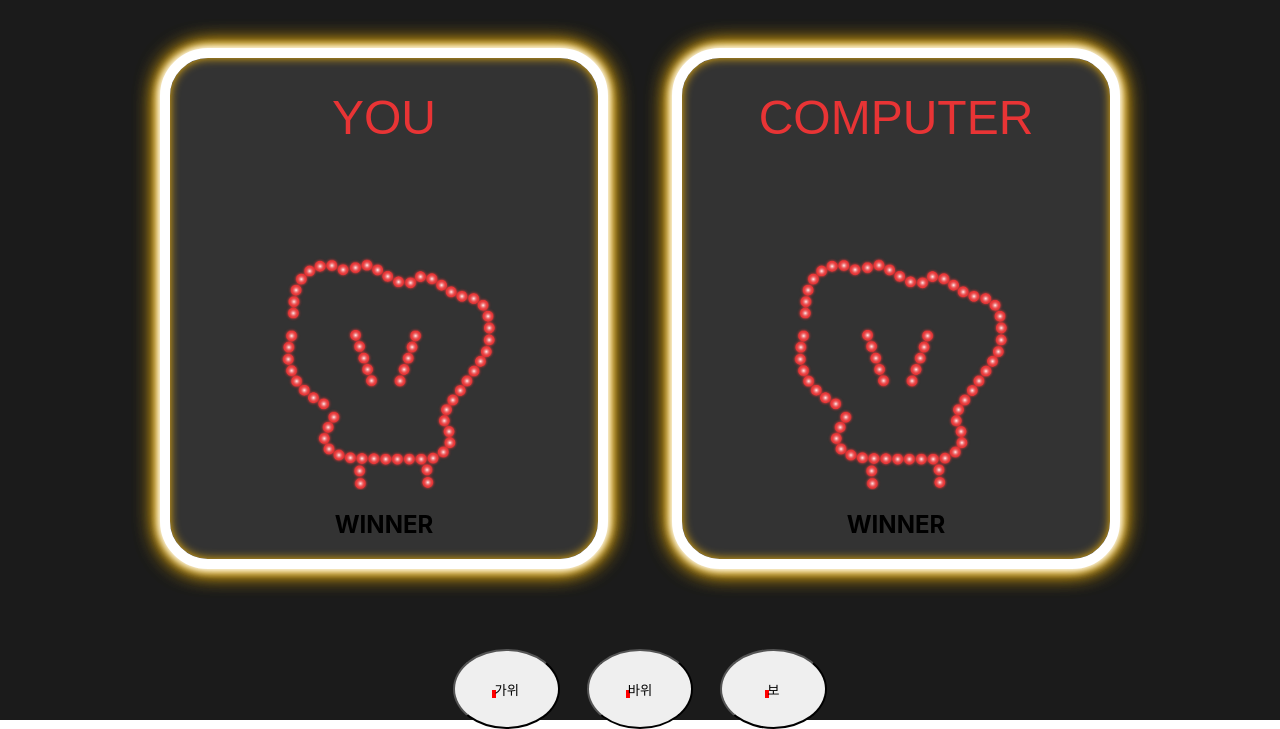
Repository: KIMMIHYE12/classComponent
Page: /
These files come from the project's save history. The page is drawn as it stood at one moment and after the next save; the edit follows.
The browser window is 1280 px wide. The pictures show the whole page.
Some web fonts or font styles are not loaded; a fallback is used. The project was rebuilt for these pictures with package versions that can differ from the ones it lists, and the page was loaded fresh each time.

Above is the page before, as saved 2024-03-18 22:18:54.

### src/App.js
import "./App.css";
import { Box } from "./component/Box";

function App() {
  return (
    <div className='content'>
      <div className='game_screen'>
        <Box title='YOU' />
        <Box title='COMPUTER' />
      </div>
      <div className='btn_wrap'>
        <button className='scissor'>가위</button>
        <button className='rock'>바위</button>
        <button className='paper'>보</button>
      </div>
    </div>
  );
}

export default App;

### src/App.css
@import url("https://use.typekit.net/ebb2deg.css");

* {
  box-sizing: border-box;
}

.content {
  height: 100vh;
  padding: 3em 0;
  background-color: #1b1b1b;
}

.game_screen {
  width: 100%;
  display: flex;
  justify-content: center;
}

.box {
  width: 35%;
  display: flex;
  flex-direction: column;
  align-items: center;
  margin: 0 2em;
  border: 10px solid #fff;
  background: #333;
  border-radius: 3rem;
  box-shadow: 0 0 10px #fff, 0 0 10px #fff, 0 0 24px #f5b70c, 0 0 16px #f5b70c,
    0 0 24px #f5b70c, inset 0 0 10px #f5b70c;
}

h1 {
  font-size: 3em;
  color: #e83435;
  font-family: "gloridot", sans-serif;
  font-weight: 400;
  font-style: normal;
}

img {
  width: 70%;
}

.btn_wrap {
  margin-top: 5em;
  display: flex;
  justify-content: center;
}

.btn_wrap button {
  position: relative;
  width: 8em;
  height: 6em;
  margin: 0 1em;
  border-radius: 50%;
  top: 0;
}

.btn_wrap button:active:before {
  top: 0;
  box-shadow: 0 3px 3px rgba(0, 0, 0, 0.7), 0 3px 9px rgba(0, 0, 0, 0.2);
}

.btn_wrap button:active {
  top: 4px;
}

.btn_wrap button:before {
  display: inline-block;
  content: "";
  top: 4px;
  left: 0;
  right: 0;
  z-index: -1;
  height: 4px;
  background: red;
  transition: all ((0.06 * 1.3) + s) ease-out;
  box-shadow: 0 1px 0 2px red, 0 5px 24px red, 0 10px 9px red;
}

### src/component/Box.js
import React from "react";

export const Box = (props) => {
  console.log(props);
  return (
    <div className='box'>
      <h1>{props.title}</h1>
      <img src='/images/rock.png' alt='바위' />
      <h2>WINNER</h2>
    </div>
  );
};

Loaded but not shown: public/index.html (common file); src/index.js (common file); src/index.css (common file); src/reportWebVitals.js (common file)

After the next save:
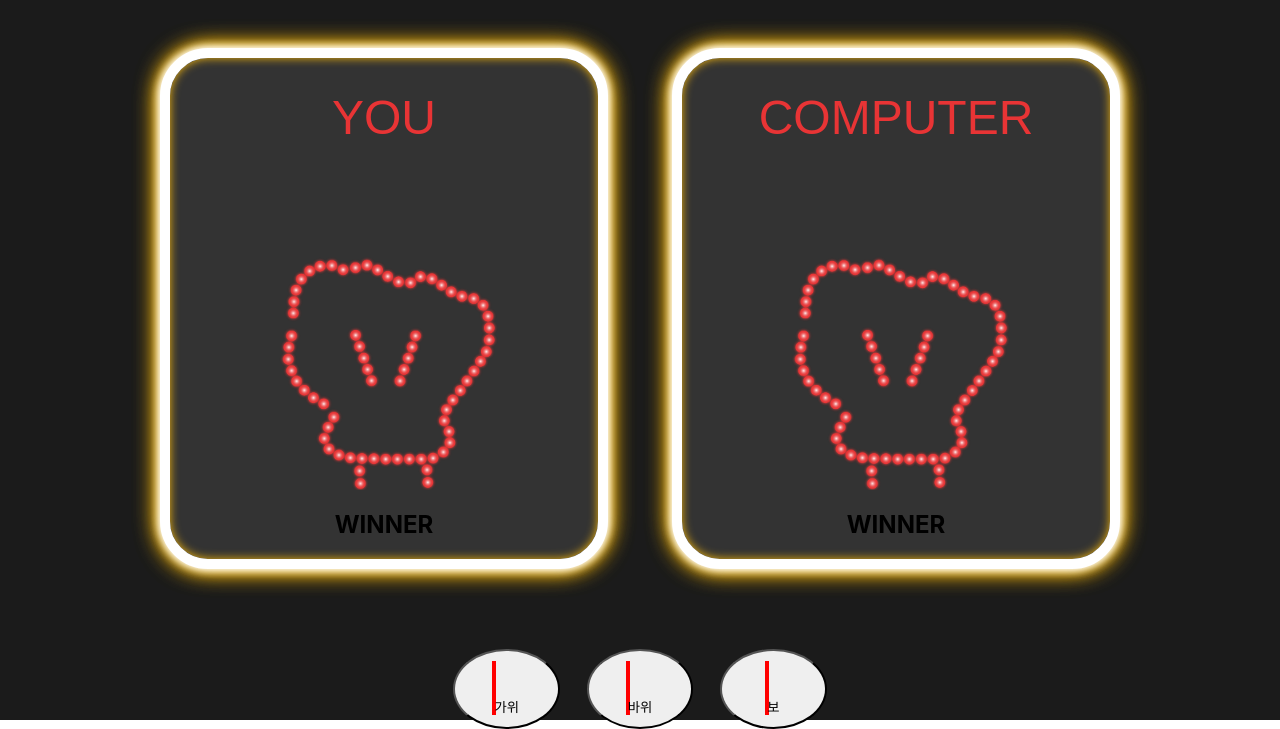
Saved 18 s later.
--- a/src/App.css
+++ b/src/App.css
@@ -72,7 +72,7 @@ img {
   left: 0;
   right: 0;
   z-index: -1;
-  height: 4px;
+  height: 50px;
   background: red;
   transition: all ((0.06 * 1.3) + s) ease-out;
   box-shadow: 0 1px 0 2px red, 0 5px 24px red, 0 10px 9px red;
